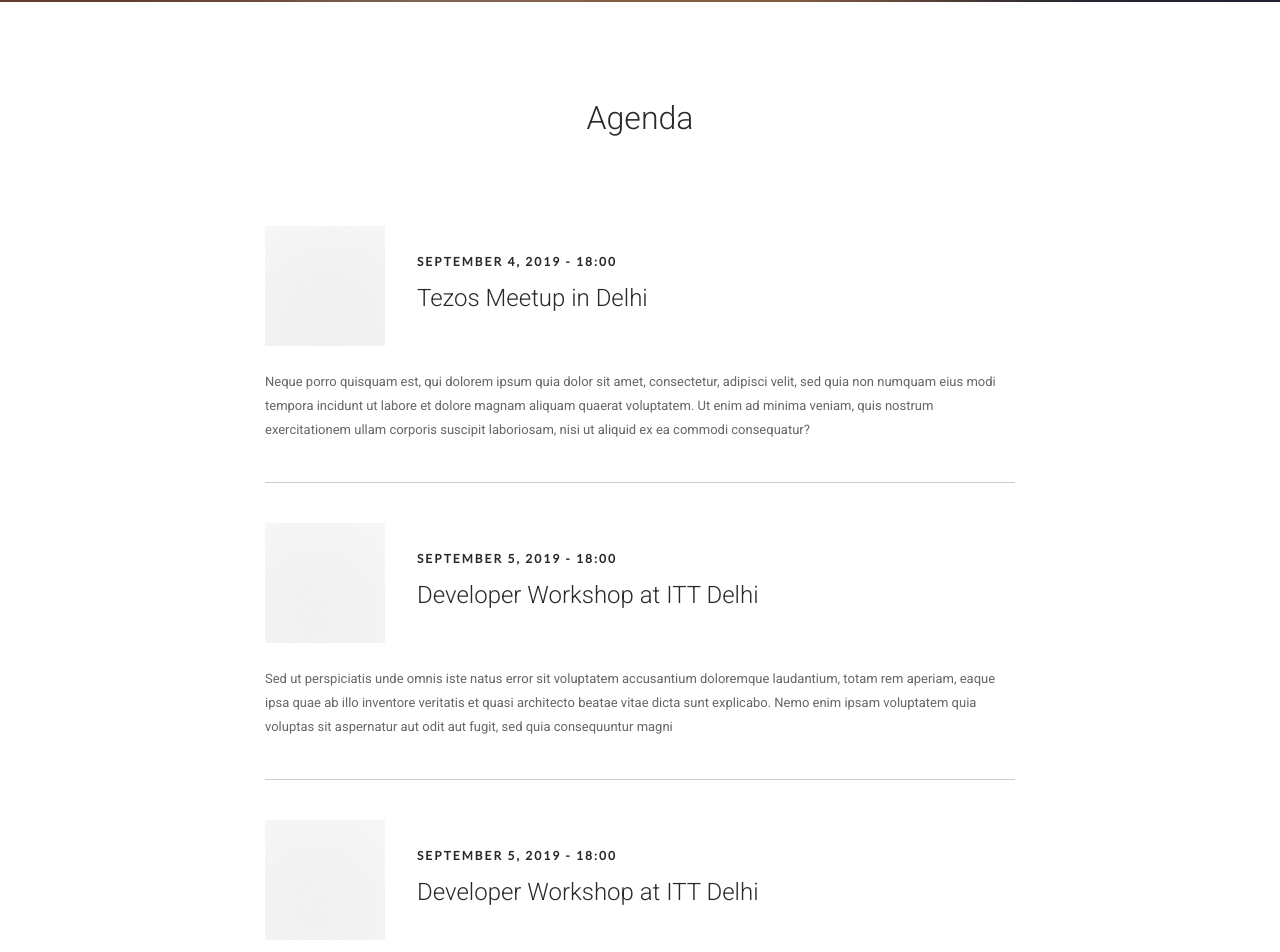
Repository: Tezos-India-Foundation/TIF-Website
Page: Tezos India Website/page.html
These files come from the project's save history. The page is drawn as it stood at one moment and after the next save; the edit follows.
The browser window is 1280 px wide. The pictures show the part of the page from y = 1723 to 2675 px (the page is 4085 px tall before and 3989 px after).
A picture or video elsewhere on the page could not be fetched, so the positions and the page height are approximate.

Above is the page before, as saved 2019-08-13 03:37:36.

After the next save:
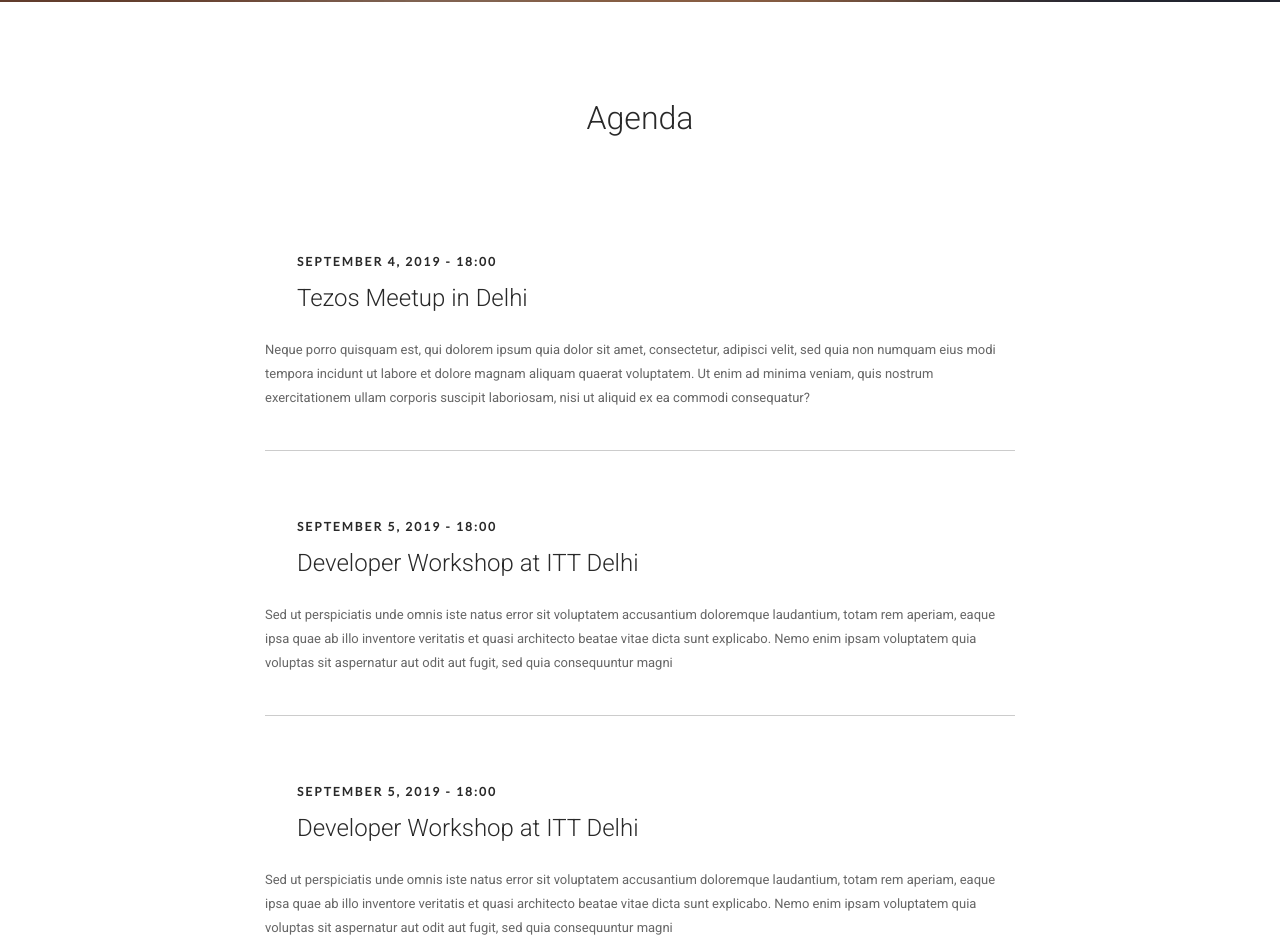
Saved 7 min 58 s later.
--- a/Tezos India Website/page.html
+++ b/Tezos India Website/page.html
@@ -198,7 +198,7 @@
 									<div class="tab-content text-left">
 										<div>
 											<div class="overflow-hidden">
-												<img alt="Pic" class="mb24 pull-left" src="img/avatar1.png">
+
 												<div class="pull-left p32 p0-xs pt24">
 													<h6 class="uppercase mb8 number">September 4, 2019 - 18:00</h6>
 													<h4>Tezos Meetup in Delhi</h4>
@@ -215,7 +215,7 @@
 										</div>
 										<div>
 											<div class="overflow-hidden">
-												<img alt="Pic" class="mb24 pull-left" src="img/avatar2.png">
+
 												<div class="pull-left p32 p0-xs pt24">
 													<h6 class="uppercase mb8 number">September 5, 2019 - 18:00</h6>
 													<h4>Developer Workshop at ITT Delhi</h4>
@@ -232,7 +232,7 @@
 										</div>
 										<div>
 											<div class="overflow-hidden">
-												<img alt="Pic" class="mb24 pull-left" src="img/avatar2.png">
+
 												<div class="pull-left p32 p0-xs pt24">
 													<h6 class="uppercase mb8 number">September 5, 2019 - 18:00</h6>
 													<h4>Developer Workshop at ITT Delhi</h4>
